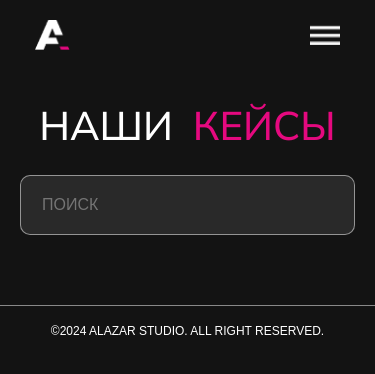
Repository: AlazarStudio/alazar_studio
Page: /cases
These files come from the project's save history. The page is drawn as it stood at one moment and after the next save; the edit follows.
The browser window is 375 px wide. The pictures show the whole page.
The page's requests for data from a server got no answer. The project was rebuilt for these pictures with package versions that can differ from the ones it lists, and the page was loaded fresh each time. No one was signed in, and anything a server would have sent is missing. Also part of the build but not shown: vite.config.js, src/Components/Pages/Non_Found_Page.jsx, src/Components/Standart/CenterBlock/CenterBlock.module.css, src/Components/Standart/CenterBlock/CenterBlock.jsx, src/Components/Standart/WidthBlock/WidthBlock.module.css, src/Components/Standart/WidthBlock/WidthBlock.jsx, src/Components/Pages/HomePage/HomePage.module.css, src/Components/Pages/HomePage/HomePage.jsx and 13 more.

Above is the page before, as saved 2025-05-06 16:43:02.

After the next save:
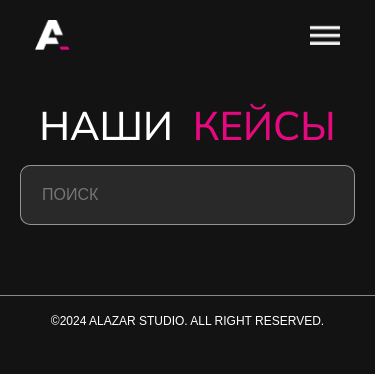
Saved 4 s later.
--- a/src/Components/Pages/CasesPage/CasesPage.module.css
+++ b/src/Components/Pages/CasesPage/CasesPage.module.css
@@ -220,7 +220,7 @@
   }
 
   .containerCaseTop input {
-    margin-top: 25px !important;
+    margin-top: 15px !important;
   }
 
   .containerCaseTopName span:nth-of-type(1) {
